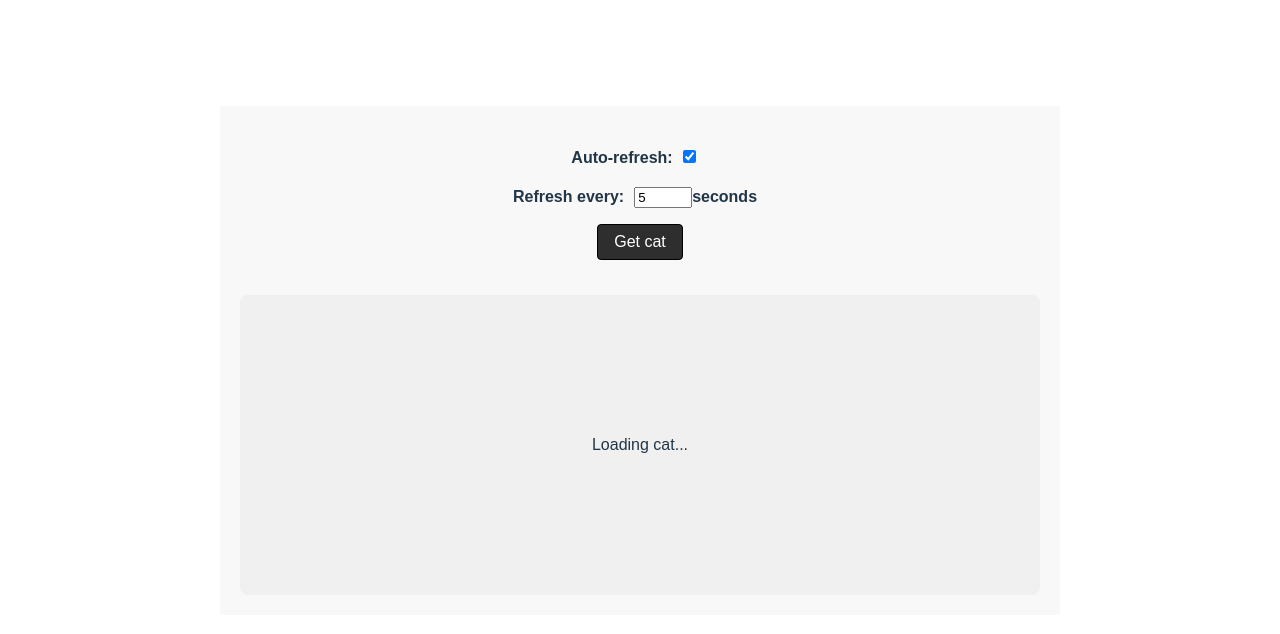
Repository: Pharaoh5/test-assignment5
Page: /
These files come from the project's save history. The page is drawn as it stood at one moment and after the next save; the edit follows.
The browser window is 1280 px wide. The pictures show the whole page.
The page's requests for data from a server got no answer. The project was rebuilt for these pictures with package versions that can differ from the ones it lists, and the page was loaded fresh each time. No one was signed in, and anything a server would have sent is missing. Also part of the build but not shown: vite.config.ts.

Above is the page before, as saved 2025-04-08 19:23:22.

### index.html
<!doctype html>
<html lang="en">
  <head>
    <meta charset="UTF-8" />
    <link rel="icon" type="image/svg+xml" href="/vite.svg" />
    <meta name="viewport" content="width=device-width, initial-scale=1.0" />
    <title>Vite + React + TS</title>
  </head>
  <body>
    <div id="root" style="width: 100%;"></div>
    <script type="module" src="/src/main.tsx"></script>
  </body>
</html>

### src/App.tsx
import { useState, useEffect } from 'react';
import styled from 'styled-components';
import CatImage from './components/CatImage';
import Controls from './components/Controls';

const AppContainer = styled.div`
  background-color: #f8f8f8;
  font-family: Arial, sans-serif;
  max-width: 800px;
  margin: 0 auto;
  padding: 20px;
  text-align: center;
`;

const App = () => {
  const [catImage, setCatImage] = useState(null);
  const [autoRefresh, setAutoRefresh] = useState(true);
  const [refreshInterval, setRefreshInterval] = useState(5);

  const fetchCat = async () => {
    try {
      const response = await fetch('https://api.thecatapi.com/v1/images/search');
      const data = await response.json();
      setCatImage(data[0].url);
    } catch (error) {
      console.error('Error fetching cat:', error);
    }
  };

  useEffect(() => {
    fetchCat();
  }, []);

  useEffect(() => {
    let intervalId: number;
    if (autoRefresh) {
      intervalId = setInterval(fetchCat, refreshInterval * 1000);
    }
    return () => {
      if (intervalId) clearInterval(intervalId);
    };
  }, [autoRefresh, refreshInterval]);

  return (
    <AppContainer>
      <Controls
      autoRefresh={autoRefresh}
      refreshInterval={refreshInterval}
      onToggleAutoRefresh={() => setAutoRefresh(!autoRefresh)}
      onRefreshIntervalChange={(e: React.ChangeEvent<HTMLInputElement>) => setRefreshInterval(Number(e.target.value))}
      onManualRefresh={fetchCat}
      />
      <CatImage imageUrl={catImage as string | null} />
    </AppContainer>
  );
};

export default App;

### src/components/CatImage.tsx
import styled from 'styled-components';

const ImageContainer = styled.div`
`;

const CatImg = styled.img`
  max-width: 100%;
  max-height: 500px;
  border-radius: 8px;
  box-shadow: 0 2px 4px rgba(0, 0, 0, 0.1);
`;

const Placeholder = styled.div`
  width: 100%;
  height: 300px;
  background-color: #f0f0f0;
  display: flex;
  align-items: center;
  justify-content: center;
  border-radius: 8px;
`;

interface CatImageProps {
    imageUrl?: string | null;
  }

const CatImage = ({ imageUrl }: CatImageProps) => {
  return (
    <ImageContainer>
      {imageUrl ? (
        <CatImg src={imageUrl} alt="Random cat" />
      ) : (
        <Placeholder>Loading cat...</Placeholder>
      )}
    </ImageContainer>
  );
};

export default CatImage;

### src/components/Controls.tsx
import styled from 'styled-components';

const ControlsContainer = styled.div`
  padding: 20px;
  border-radius: 8px;
`;

const ControlGroup = styled.div`
  margin-bottom: 15px;
`;

const Label = styled.label`
  margin-right: 10px;
  font-weight: bold;
`;

const Button = styled.button`
  padding: 8px 16px;
  background-color:rgb(46, 46, 46);
  color: white;
  border: none;
  border-radius: 4px;
  cursor: pointer;
  font-size: 16px;
  border: 1px solid black;

  &:hover {
    background-color:rgb(24, 24, 24);
  }
`;

interface ControlsProps {
  autoRefresh: boolean;
  refreshInterval: number;
  onToggleAutoRefresh: (event: React.ChangeEvent<HTMLInputElement>) => void;
  onRefreshIntervalChange: (event: React.ChangeEvent<HTMLInputElement>) => void;
  onManualRefresh: () => void;
}

const Controls: React.FC<ControlsProps> = ({
  autoRefresh,
  refreshInterval,
  onToggleAutoRefresh,
  onRefreshIntervalChange,
  onManualRefresh
}) => {
  return (
    <ControlsContainer>
      <ControlGroup>
        <Label>
          Auto-refresh:
          <input
            type="checkbox"
            checked={autoRefresh}
            onChange={onToggleAutoRefresh}
            style={{ marginLeft: '10px' }}
          />
        </Label>
      </ControlGroup>

      {autoRefresh && (
        <ControlGroup>
          <Label>
            Refresh every:
            <input
              type="number"
              min="1"
              max="60"
              value={refreshInterval}
              onChange={onRefreshIntervalChange}
              style={{ marginLeft: '10px', width: '50px' }}
            />
            seconds
          </Label>
        </ControlGroup>
      )}

      <ControlGroup>
        <Button onClick={onManualRefresh}>Get cat</Button>
      </ControlGroup>
    </ControlsContainer>
  );
};

export default Controls;

Loaded but not shown: src/main.tsx (common file); src/index.css (common file)

After the next save:
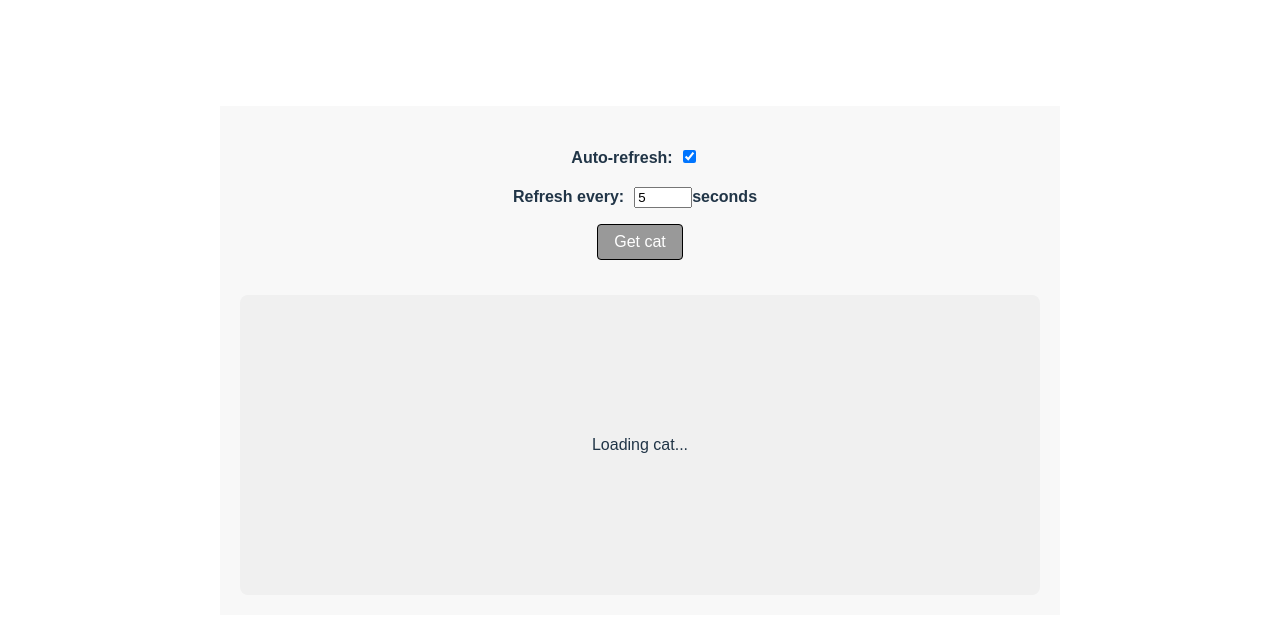
Saved 12 s later.
--- a/src/components/Controls.tsx
+++ b/src/components/Controls.tsx
@@ -16,7 +16,7 @@ const Label = styled.label`
 
 const Button = styled.button`
   padding: 8px 16px;
-  background-color:rgb(46, 46, 46);
+  background-color:rgb(153, 153, 153);
   color: white;
   border: none;
   border-radius: 4px;
